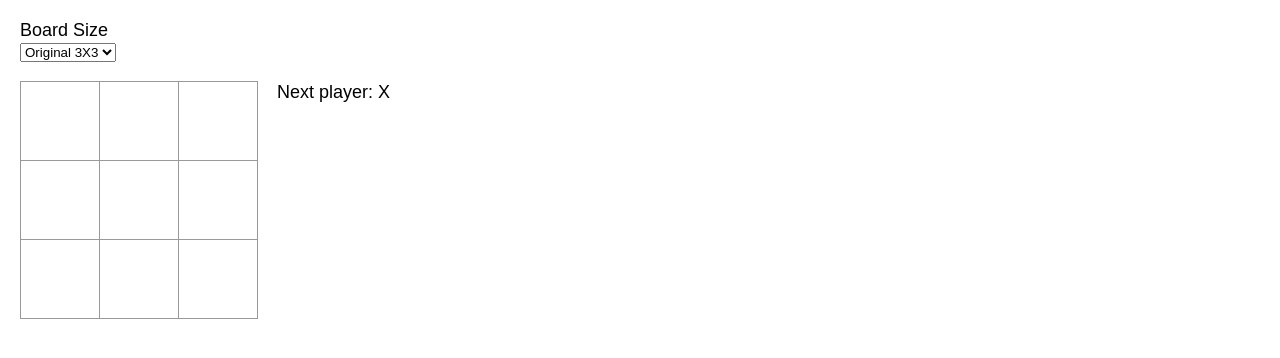
Repository: yshong211/tic-tac-toe-0708
Page: /
An editor plug-in stored every save of this project. The page is shown before and after a run of saves, followed by the edit.
The browser window is 1280 px wide. The pictures show the whole page.
The project was rebuilt for these pictures with package versions that can differ from the ones it lists, and the page was loaded fresh each time.

Above is the page before, as saved 2020-07-07 16:17:57.

After the next 2 saves:
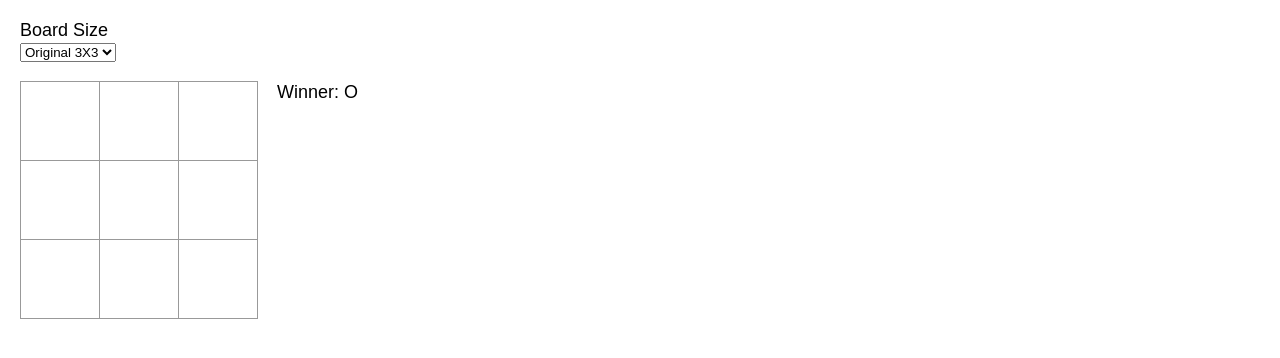
The 2 saves are shown as one change because they came seconds apart.
The last was saved 20 s later.
--- a/src/game.js
+++ b/src/game.js
@@ -108,7 +108,7 @@
         return 'X';
       }
       else{
-        return 'Hi'
+        return 'O';
       }
       count = 0;
       x = 0;

After the save that followed:
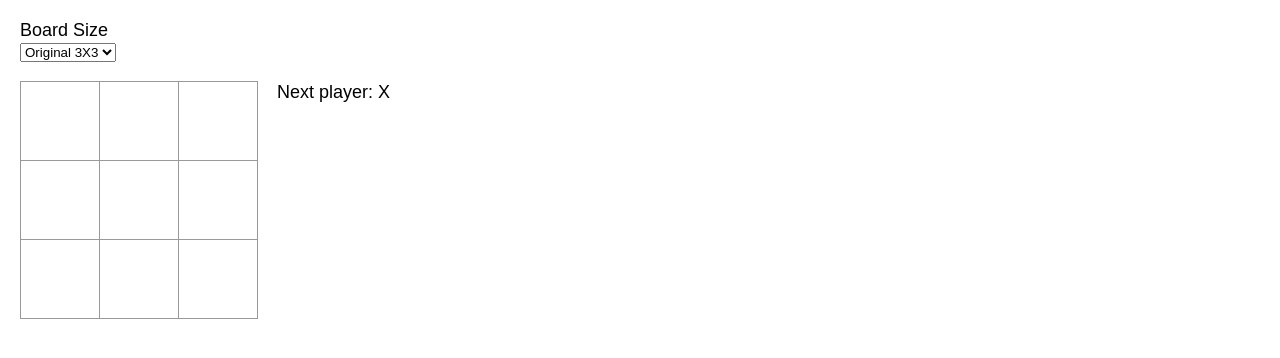
Saved 15 s later.
--- a/src/game.js
+++ b/src/game.js
@@ -107,9 +107,6 @@
       if(x === count){
         return 'X';
       }
-      else{
-        return 'O';
-      }
       count = 0;
       x = 0;
       o = 0;
